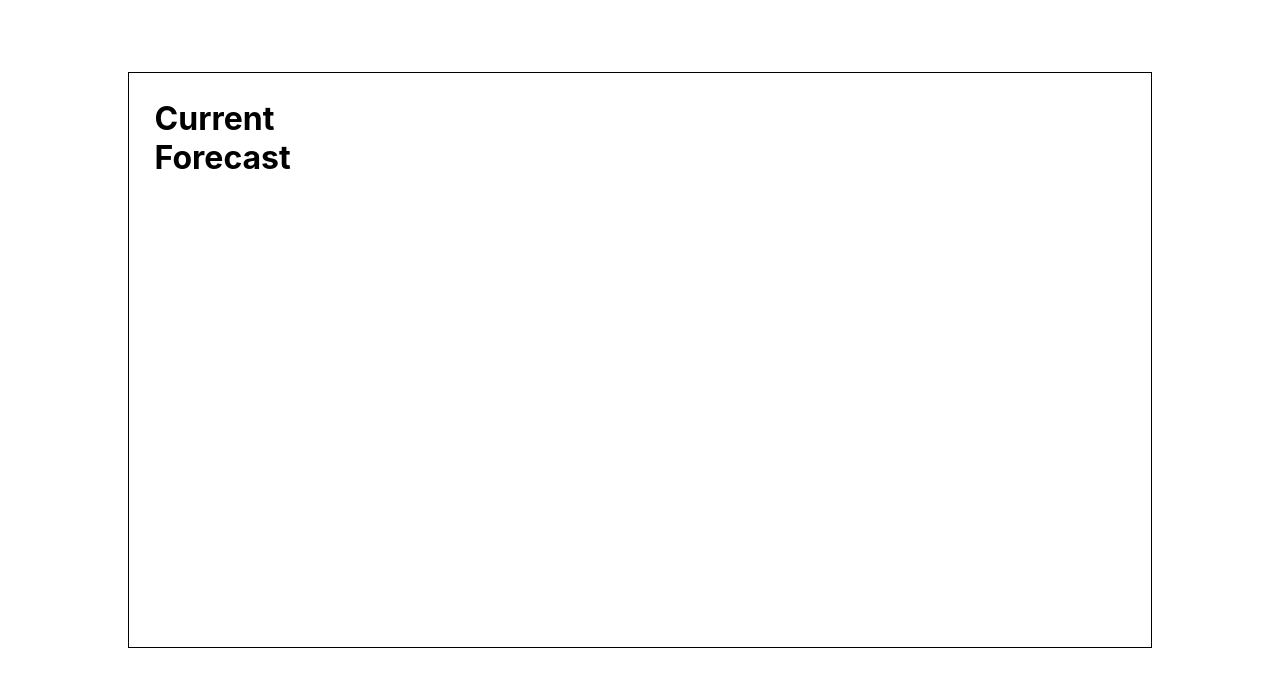
Repository: debthebuilder/bloom
Page: /
These files come from the project's save history. The page is drawn as it stood at one moment and after the next save; the edit follows.
The browser window is 1280 px wide. The pictures show the whole page.
The project was rebuilt for these pictures with package versions that can differ from the ones it lists, and the page was loaded fresh each time. Also part of the build but not shown: src/components/Splash.js.

Above is the page before, as saved 2022-11-10 23:37:58.

### src/App.js
// import logo from './logo.svg';

import "./scss/app.scss";
import { Current , Forecast} from "./components/index"

function App() {
  return (
    <div className="app">
      <div className="weather-container">
        <Current />
        <Forecast />
      </div>
    </div>
  );
}

export default App;

### src/scss/app.scss
@use "colors";
@import url(_splash.scss);


* {
    margin: 0;
    padding: 0;
    box-sizing: border-box;
}

body {
    background-color: colors.$white;
    color: colors.$black;
}

.app {
    width: 100%;
    height: 100vh;
    display: flex;
    flex-direction: column;
    justify-content: center;
    align-items: center;
}

.weather-container {
    width: 80%;
    height: 80%;
    padding: 2%;
    border: solid 1px black;
    display: flex;
    flex-direction: column;
}

### src/components/index.js
export { Current } from "./Current";
export { Forecast } from "./Forecast";
export { Splash }  from "./Splash";

### src/scss/_splash.scss
.weather-map {
    display: grid;
    width: 100%;
    height: 100vh;
    grid-template-columns: 1fr 1fr;
    position: relative;
    background-color: black;
    gap: 10px 20px;
    color: white;
    padding: 10px;
}
.weather {
    width: 100%;
    height: 305px;
    border-bottom: 10px solid black;
}
.sunshine {
    background-image: linear-gradient(yellow, orange);
}


.appTitle {
    font: {
        size: 6rem;
    }
}

### src/components/Current.js
export const Current = () => {
    return(
        <div className="current">
            <div>
                <span></span>
            </div>
            <h1>Current</h1>
        </div>
    )
}

### src/components/Forecast.js
export const Forecast = () => {
    return(
        <div>
            <h1>Forecast</h1>
        </div>
    )
}

Loaded but not shown: public/index.html (common file); src/index.js (common file); src/index.css (common file); src/reportWebVitals.js (common file); src/scss/_colors.scss (common file)

After the next save:
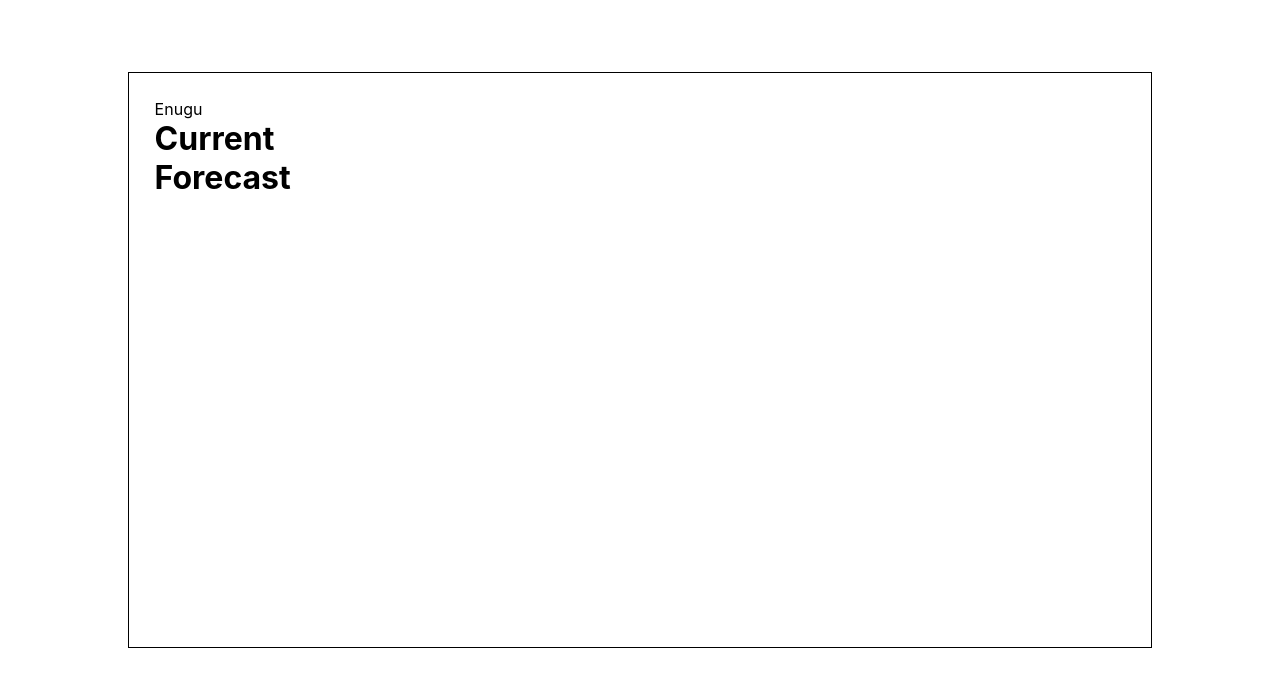
Saved 4 s later.
--- a/src/components/Current.js
+++ b/src/components/Current.js
@@ -2,7 +2,7 @@ export const Current = () => {
     return(
         <div className="current">
             <div>
-                <span></span>
+                <span>Enugu</span>
             </div>
             <h1>Current</h1>
         </div>
